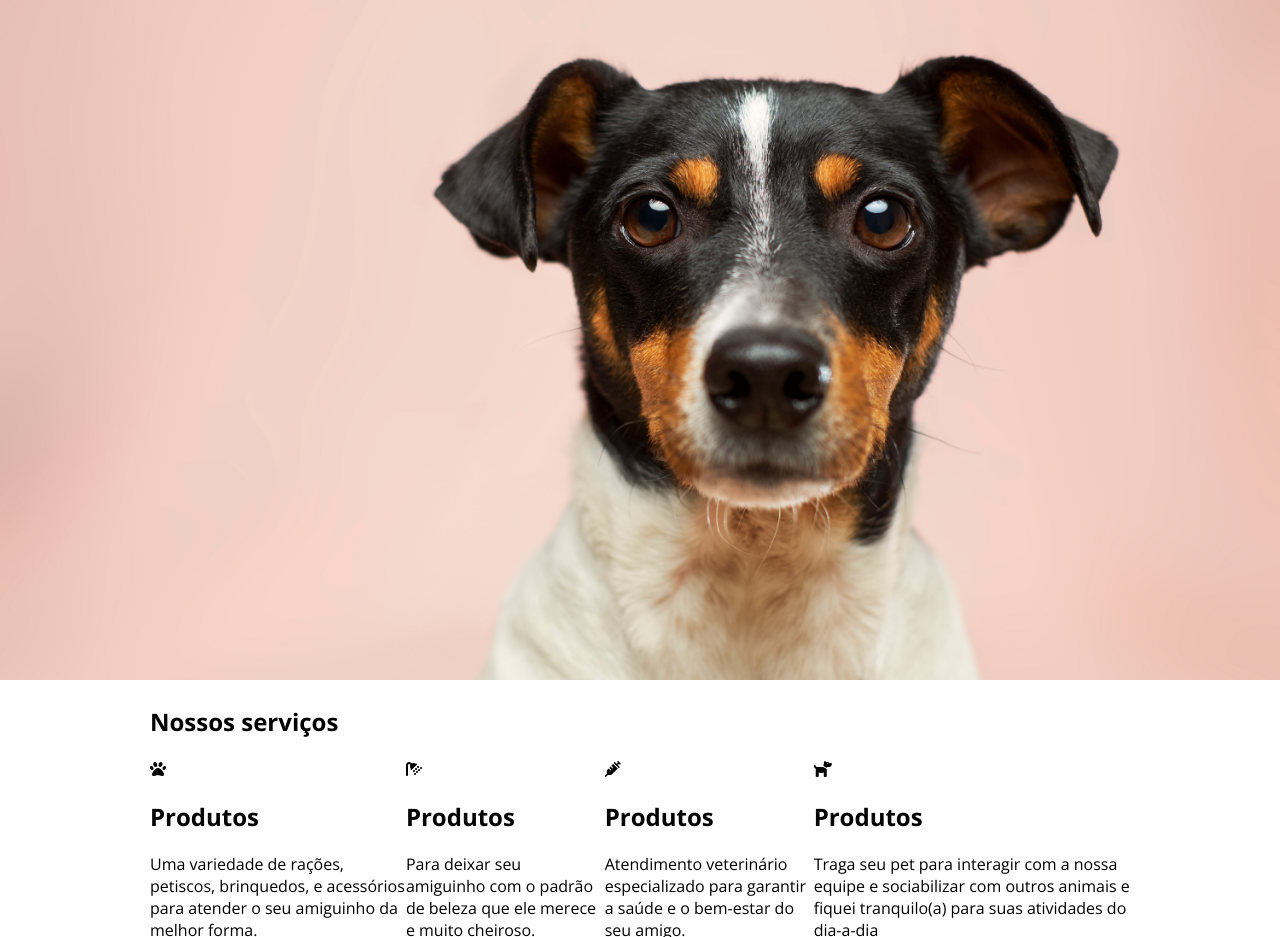
Repository: Carolden/ProhetoPetShop
Page: index.html
The author's editor kept a copy of each file at every save. The page is drawn from the files as they stood at one save, then again after the next save.
The browser window is 1280 px wide. The pictures show the part of the page from y = 270 to 1207 px (the page is 2741 px tall before and 2894 px after).
A picture or video elsewhere on the page could not be fetched, so the positions and the page height are approximate.

Above is the page before, as saved 2023-04-28 10:02:32.

### index.html
<!DOCTYPE html>
<html lang="pt-BR">
<head>
    <meta charset="UTF-8">
    <meta http-equiv="X-UA-Compatible" content="IE=edge">
    <meta name="viewport" content="width=device-width, initial-scale=1.0">
    <title>Pet&Shop</title>
    <link rel="stylesheet" href="index.css">
    <link rel="stylesheet" href="sobre.css">
    <link rel="stylesheet" href="produtos.css">
    <link rel="stylesheet" href="servicos.css">
    <link rel="stylesheet" href="faleconosco.css">
    <link rel="stylesheet" href="https://cdnjs.cloudflare.com/ajax/libs/font-awesome/6.4.0/css/all.min.css">
    <link rel="preconnect" href="https://fonts.googleapis.com">
    <link rel="preconnect" href="https://fonts.gstatic.com" crossorigin>
    <link href="https://fonts.googleapis.com/css2?family=Open+Sans:wght@300;400;500;600;700;800&display=swap" rel="stylesheet">
</head>
<body>
    <header>

        <div class="headerrow">
            <div class="headercolumn">
                <img src="Imagens/logo-colored.svg" alt="logo" class="logocolored">
            </div>

            <div>
                <nav class="menu">
                    <a href="index.html" class="active">Home</a>
                    <a href="sobre.html">Sobre</a>
                    <a href="produtos.html">Produtos</a>
                    <a href="servicos.html">Serviços</a>
                    <a href="faleconosco.html">Fale Conosco</a>
                </nav>
            </div>
        </div>


    </header>

    <section>
        <img src="Imagens/banner.jpg" alt="banner" class="banner">
    </section>

    <main>

        <section class="container">

            <h1>Nossos serviços</h1>

            <div class="servicesrow">

                <div class="servicescolumn">
                    <i class="fa-solid fa-paw"></i>
                    <h2>Produtos</h2>
                    <p>Uma variedade de rações, petiscos, brinquedos, e acessórios para atender o seu amiguinho da melhor forma.</p>
                </div>

                <div class="servicescolumn">
                    <i class="fa-solid fa-shower"></i>
                    <h2>Produtos</h2>
                    <p>Para deixar seu amiguinho com o padrão de beleza que ele merece e muito cheiroso.</p>
                </div>

                <div class="servicescolumn">
                    <i class="fa-solid fa-syringe"></i>
                    <h2>Produtos</h2>
                    <p>Atendimento veterinário especializado para garantir a saúde e o bem-estar do seu amigo. </p>
                </div>

                <div class="servicescolumn">
                    <!-- alterar icone com color e font zie, colocar link no head -->
                    <i class="fa-solid fa-dog"></i>
                    <h2>Produtos</h2>
                    <p>Traga seu pet para interagir com a nossa equipe e sociabilizar com outros animais e fiquei tranquilo(a) para suas atividades do dia-a-dia</p>
                </div>

            </div>

        <section>



        </section class="container">

            <div class="logowhitetext">
                <img src="Imagens/logo-white.svg" alt="logowhite" class="logowhite">
                <p><bolder>Só quem é apaixonado por animais sabe: </bolder>a relação de amor e cumplicidade que temos com nossos bichinhos de estimação é um vínculo único! Por essa razão, não medimos esforços para oferecer o que há de melhor para trazer ainda mais alegria e qualidade de vida. Rações, acessórios, medicamentos e brinquedos estão na nossa listinha de prioridades; e tudo isso você encontra aqui na pet&shop.</p>
            </div>

        </section>

        <section class="container">

            <div class="prodrow">

                <div class="prodcolumn">
                    <img src="Imagens/Produtos/product-1.webp" alt="ração">
                    <p>Royal Canin Maxi Adult 15kg</p>
                    <h4>R$ 109,90</h4>
                </div>

                <div class="prodcolumn">
                    <img src="Imagens/Produtos/product-2.webp" alt="ração">
                    <p>Premier Fórmula Raças Medias Adulto</p>
                    <h4>R$ 79,90</h4>
                </div>

                <div class="prodcolumn">
                    <img src="Imagens/Produtos/product-3.webp" alt="ração">
                    <p>Pro Plan Raças Pequenas Reduced Calorie</p>
                    <h4>R$ 79,90</h4>
                </div>

                <div class="prodcolumn">
                    <img src="Imagens/Produtos/product-4.webp" alt="ração">
                    <p>EasOtic 10ml - Virbac</p>
                    <h4>R$ 169,90</h4>
                </div>

                <div class="prodcolumn">
                    <img src="Imagens/Produtos/product-5.webp" alt="moletom">
                    <p>Moletom Snoopy Sleeping Azul - Zooz</p>
                    <h4>R$ 39,90</h4>
                </div>

                <div class="prodcolumn">
                    <img src="Imagens/Produtos/product-6.webp" alt="ração">
                    <p>N&D Ancestral Selection Cães Adultos Raças Grandes</p>
                    <h4>R$ 89,90</h4>
                </div>

            </div>

            <div class="prodrow">

                <div class="prodcolumn">
                    <img src="Imagens/Produtos/product-7.webp" alt="ração">
                    <p>Kit Hills Prescription Diet Lata A/D Urgent Care 156g</p>
                    <h4>R$ 44,90</h4>
                </div>

                <div class="prodcolumn">
                    <img src="Imagens/Produtos/product-8.webp" alt="ração">
                    <p>Three Cats Original Sênior 10,1kg</p>
                    <h4>R$ 69,90</h4>
                </div>

                <div class="prodcolumn">
                    <img src="Imagens/Produtos/product-9.webp" alt="ração">
                    <p>Peitoral Ergocomfort Rosa Ferplast</p>
                    <h4>R$ 134,90</h4>
                </div>

                <div class="prodcolumn">
                    <img src="Imagens/Produtos/product-10.webp" alt="ração">
                    <p>Peitoral Para Cachorros Sail Dog 27</p>
                    <h4>R$ 129,90</h4>
                </div>

                <div class="prodcolumn">
                    <img src="Imagens/Produtos/product-11.webp" alt="ração">
                    <p>Guia Para Cachorros Tropical Dog 27</p>
                    <h4>R$ 114,90</h4>
                </div>

                <div class="prodcolumn">
                    <img src="Imagens/Produtos/product-12.webp" alt="ração">
                    <p>Guia Para Cachorros One Dog 27</p>
                    <h4>R$ 114,90</h4>
                </div>

            </div>

            <button>Ver mais</button>

        </section>

    </main>

    <footer class="container">

        <div>
            <img src="Imagens/logo-white.svg" alt="logo" class="logofooter">
        </div>

        <div class="footerrow">

            <div class="footercolumn">
                <h4>Contato</h4>
                <address>
                    Estrada sem nome, 1234, Sala 0
                    Bairro - Cidade / UF
                    12345-678
                    (00) 99999-9999
                    contato@petshop.com.br
                </address>
            </div class="cootercolumn">
                <h4>Horário de funcionamento</h4>
                <p>
                    De Segunda a Sexta-feira das 9 às 19hs.
                    Aos Sábados das 9 às 18hs.
                </p>
            <div>
                <h4>Siga-nos</h4>
                <i class="fa-brands fa-facebook-f"></i>
                <i class="fa-brands fa-instagram"></i>
                <i class="fa-brands fa-tiktok"></i>
                <i class="fa-brands fa-twitter"></i>
                <i class="fa-brands fa-youtube"></i>
            </div>

        </div>

        <div class="devdbycrie">
            <p>© 2022 pet&shop | Todos os direitos reservados. Desenvolvido por Crie_TI</p>
        </div>


    </footer>






















































</body>
</html>

### index.css

@import url('https://fonts.googleapis.com/css2?family=Open+Sans:wght@300&display=swap');


body {
    margin: 0;
    border: 0;
    font-family: 'Open Sans', sans-serif;
}

.logocolored {
    width: 300px;
}

.headerrow {
    display: flex;
    width: 100%;
    align-items: center;
    padding-top: 10px;
    padding-bottom: 10px;
}

.menu a {
    text-decoration: none;
    padding: 12px;
    color: #382c32;
    font-weight: 600;
    font-size: 18px;
}

a.active {
    color: white;
    background-color: #FF0077;;
    padding-top: 100%;
    padding-bottom: 100%;
}

a.active:hover {
    color: white
}

a:hover {
    color: #FF0077;;
}

.headercolumn {
    width: 50%;
    padding-left: 150px;
}

.banner{
    width: 100%;
    height: 700px;
    object-fit: cover;
}

.servicesrow {
    display: flex;
}

.logowhite {
    width: 300px;
}

.logowhitetext {
    background-color: blue;
    width: 100%;
}

.container {
    padding-left: 150px;
    padding-right: 150px;
}

.prodrow {
    display: flex;
    width: 100%;
}

.prodcolumn {
    width: 16.66%;
}

.prodcolumn img {
    width: 100%;
    height: auto;
    object-fit: cover;
}

.footerrow {
    display: flex;
}

Loaded but not shown: sobre.css (no stored copy; drawn as an empty file); produtos.css (no stored copy; drawn as an empty file); servicos.css (no stored copy; drawn as an empty file); faleconosco.css (no stored copy; drawn as an empty file)

After the next save:
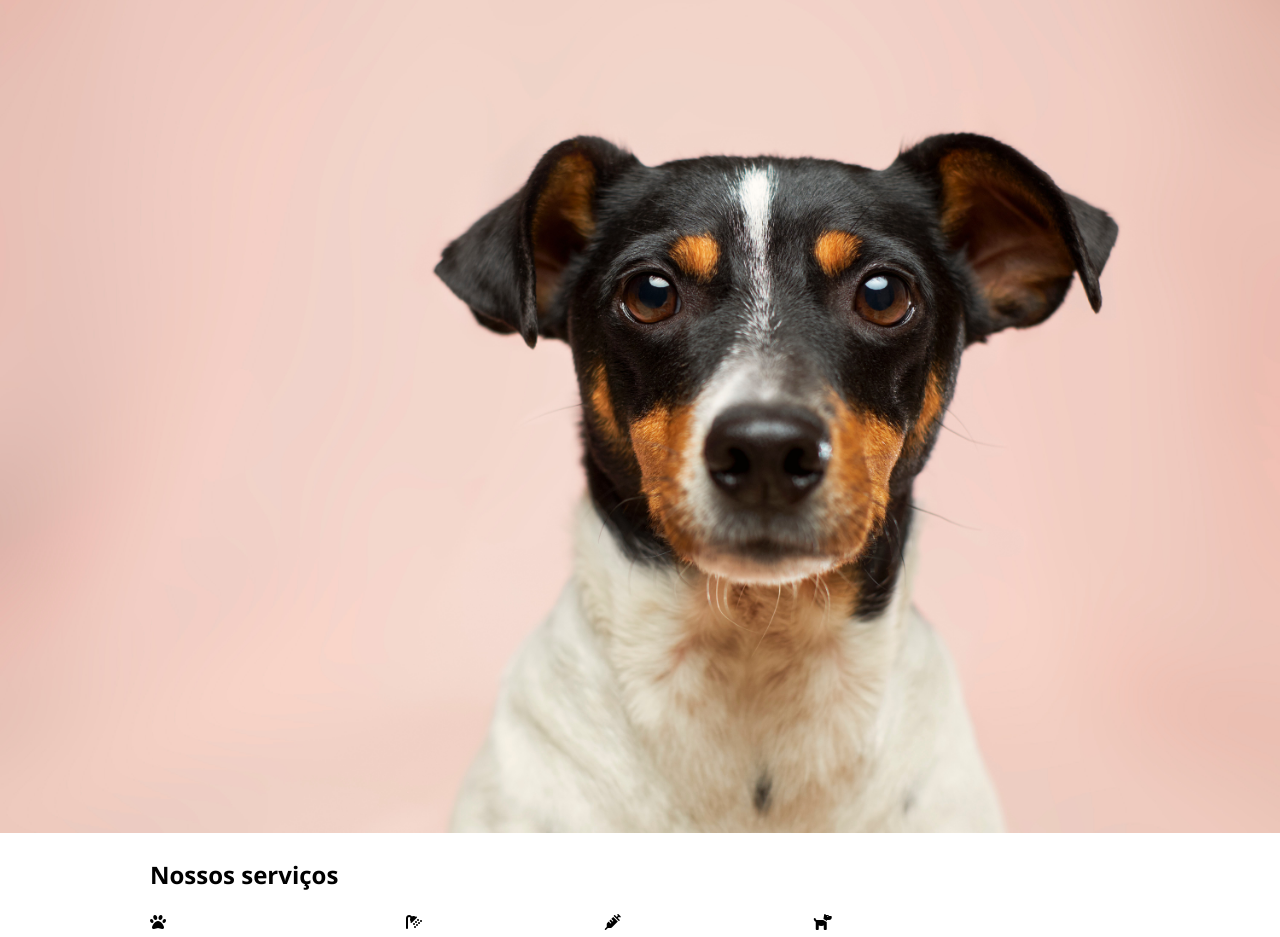
Saved 27 s later.
--- a/index.css
+++ b/index.css
@@ -50,7 +50,7 @@
 
 .banner{
     width: 100%;
-    height: 700px;
+    height: auto;
     object-fit: cover;
 }
 

After the save that followed:
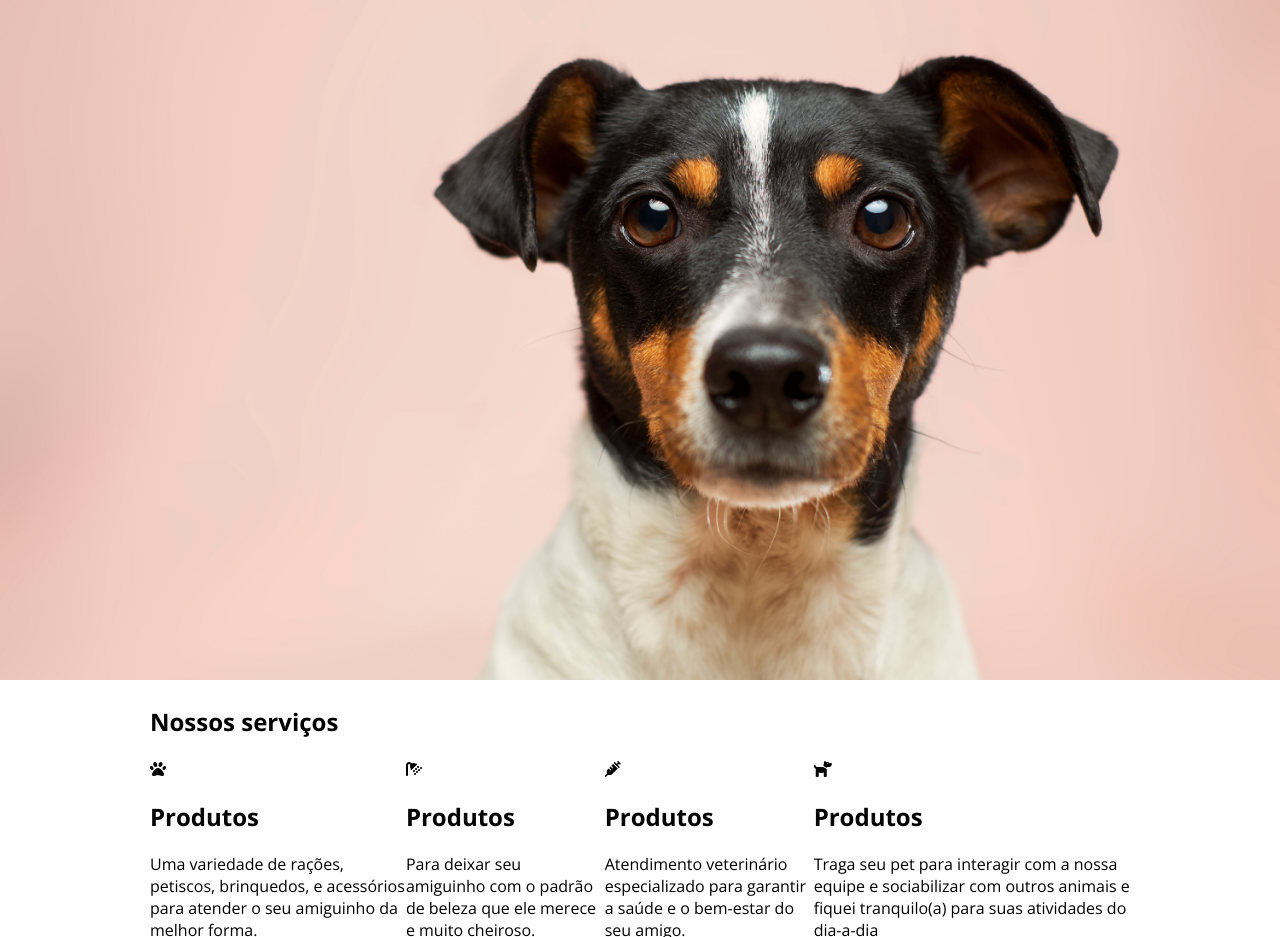
Saved 5 s later.
--- a/index.css
+++ b/index.css
@@ -50,7 +50,7 @@
 
 .banner{
     width: 100%;
-    height: auto;
+    height: 700px;
     object-fit: cover;
 }
 
